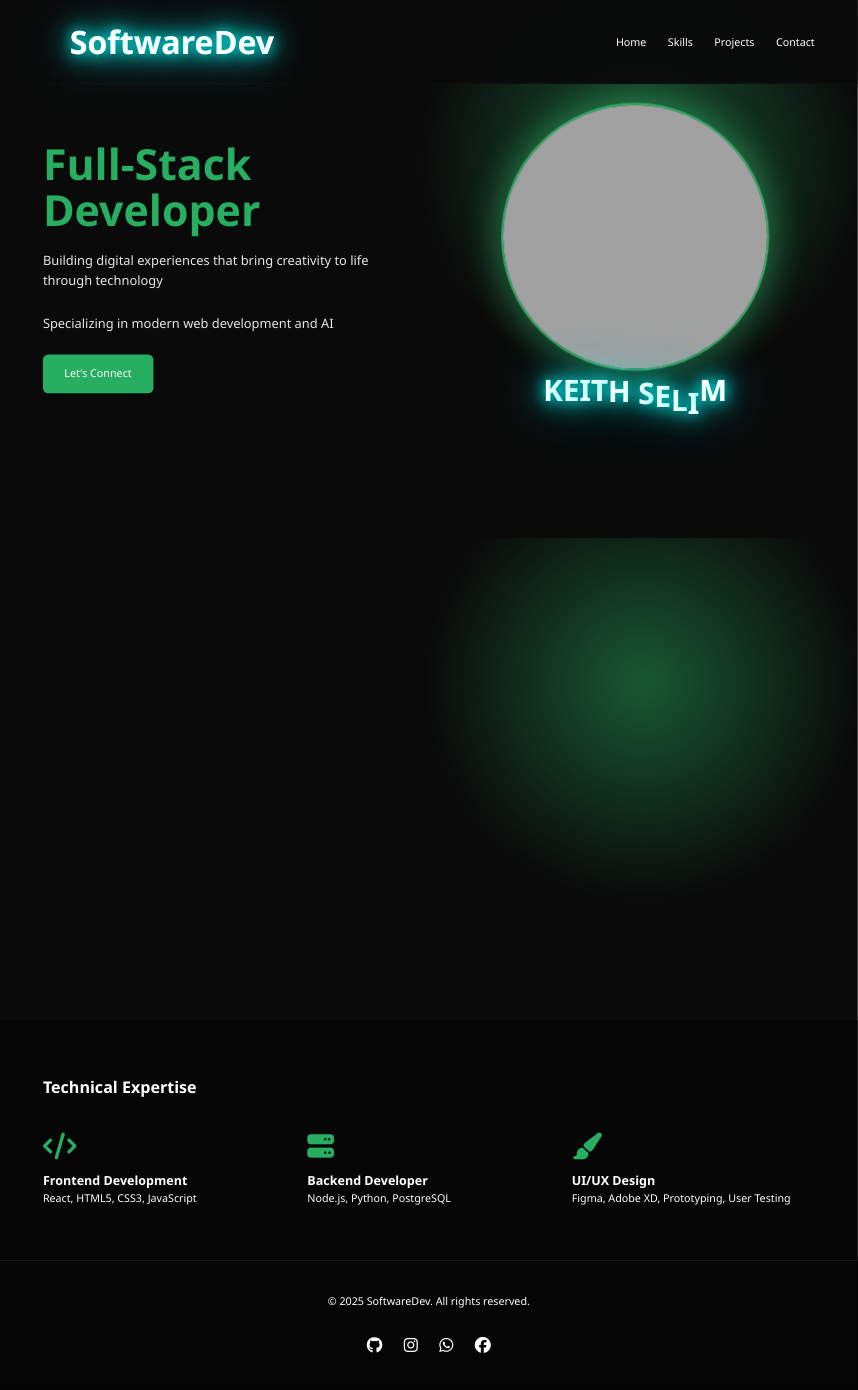
Repository: PEEZYBEE/my-react-portfolio
Page: /
These files come from the project's save history. The page is drawn as it stood at one moment and after the next save; the edit follows.
The browser window is 1280 px wide. The pictures show the whole page, at 67% of full size.
Pictures or frames that could not be fetched are drawn as grey boxes. The project was rebuilt for these pictures with package versions that can differ from the ones it lists, and the page was loaded fresh each time. Also part of the build but not shown: vite.config.js.

Above is the page before, as saved 2025-04-21 01:32:33.

### index.html
<!doctype html>
<html lang="en">
  <head>
    <meta charset="UTF-8" />
  <link rel="icon" type="image/svg+xml" href="favicon.svg" />
  <meta name="viewport" content="width=device-width, initial-scale=1.0" />
  <title>Keith Selim</title>

  <!-- ✅ Add this line below -->
  <link
    rel="stylesheet"
    href="https://cdnjs.cloudflare.com/ajax/libs/font-awesome/6.7.2/css/all.min.css"
    integrity="sha512-Evv84Mr4kqVGRNSgIGL/F/aIDqQb7xQ2vcrdIwxfjThSH8CSR7PBEakCr51Ck+w+/U6swU2Im1vVX0SVk9ABhg=="
    crossorigin="anonymous"
    referrerpolicy="no-referrer"
  />
</head>
  <body>
    <div id="root"></div>
    <script type="module" src="/src/main.jsx"></script>
  </body>
</html>

### src/index.css
:root {
  font-family: system-ui, Avenir, Helvetica, Arial, sans-serif;
  line-height: 1.5;
  font-weight: 400;

  color-scheme: light dark;
  color: rgba(255, 255, 255, 0.87);
  background-color: #242424;

  font-synthesis: none;
  text-rendering: optimizeLegibility;
  -webkit-font-smoothing: antialiased;
  -moz-osx-font-smoothing: grayscale;
}

a {
  font-weight: 500;
  color: #646cff;
  text-decoration: inherit;
}
a:hover {
  color: #535bf2;
}

body {
  margin: 0;


  min-width: 320px;
  min-height: 100vh;
}

h1 {
  font-size: 3.2em;
  line-height: 1.1;
}

button {
  border-radius: 8px;
  border: 1px solid transparent;
  padding: 0.6em 1.2em;
  font-size: 1em;
  font-weight: 500;
  font-family: inherit;
  background-color: #1a1a1a;
  cursor: pointer;
  transition: border-color 0.25s;
}
button:hover {
  border-color: #646cff;
}
button:focus,
button:focus-visible {
  outline: 4px auto -webkit-focus-ring-color;
}

@media (prefers-color-scheme: light) {
  :root {
    color: #213547;
    background-color: #ffffff;
  }
  a:hover {
    color: #747bff;
  }
  button {
    background-color: #f9f9f9;
  }
}

### src/App.jsx
import React from "react";
import Navbar from './components/Navbar';
import Hero from './components/Hero';
import NameBanner from './components/NameBanner';
import Skills from './components/Skills';
import Footer from './components/Footer';
import './style.css';


function App() {
  return (
    <>
      <Navbar />
      <Hero />
      <NameBanner />
      <Skills />
      <Footer />
    </>
  );
}

export default App;

### src/components/Navbar.jsx
import React from "react";

const Navbar = () => {
  return (
    <nav className="navbar">
      <a href="#home" className="logo">SoftwareDev</a>
      <ul className="nav-links">
        <li><a href="#home">Home</a></li>
        <li><a href="#skills">Skills</a></li>
        <li><a href="#projects">Projects</a></li>
        <li><a href="#contact">Contact</a></li>
      </ul>
    </nav>
  );
};

export default Navbar;

### src/components/Hero.jsx
import React from 'react';
import './Hero.css';

const Hero = () => {
  return (
    <section id="home" className="hero">
      <div className="hero-content">
        <h1>Full-Stack Developer</h1>
        <p>Building digital experiences that bring creativity to life through technology</p>
        <p className="highlight">Specializing in modern web development and AI</p>
        <a href="#contact" className="cta-button">Let's Connect</a>
      </div>

      <div className="hero-image-container">
        <img src="./assets/profile.jpg" alt="Profile" className="profile-img" />
        <div className="name-banner">
        <h1 className="bouncing-letters" style={{ textAlign: "center", fontSize: "30px" }}>
      <span>K</span>
      <span>E</span>
      <span>I</span>
      <span>T</span>
      <span>H</span>
      <span>&nbsp;</span>
      <span>S</span>
      <span>E</span>
      <span>L</span>
      <span>I</span>
      <span>M</span>
       </h1>
        </div>
      </div>
    </section>
  );
};

export default Hero;

### src/components/NameBanner.jsx
import React from "react";
import "./Hero.css";  // Make sure to import the CSS file

const Hero = () => {
  return (
    <section id="home" className="hero">



    </section>
  );
};

export default Hero;

### src/components/Skills.jsx
import React from "react";

const Skills = () => {
  return (
    <section id="skills" className="skills">
      <h2>Technical Expertise</h2>
      <div className="skills-grid">
        <div className="skill-card">
          <i className="fa-solid fa-code"></i>
          <h3>Frontend Development</h3>
          <p>React, HTML5, CSS3, JavaScript</p>
        </div>
        <div className="skill-card">
          <i className="fa-solid fa-server"></i>
          <h3>Backend Developer</h3>
          <p>Node.js, Python, PostgreSQL</p>
        </div>
        <div className="skill-card">
          <i className="fa-solid fa-paintbrush"></i>
          <h3>UI/UX Design</h3>
          <p>Figma, Adobe XD, Prototyping, User Testing</p>
        </div>
      </div>
    </section>
  );
};

export default Skills;

### src/components/Footer.jsx
import React from "react";

const Footer = () => {
  return (
    <footer>
      <p>&copy; 2025 SoftwareDev. All rights reserved.</p>
      <div className="social-links">
        <a href="#"><i className="fa-brands fa-github"></i></a>
        <a href="#"><i className="fa-brands fa-instagram"></i></a>
        <a href="#"><i className="fa-brands fa-whatsapp"></i></a>
        <a href="#"><i className="fa-brands fa-facebook"></i></a>
      </div>
    </footer>
  );
};

export default Footer;

### src/style.css
.bouncing-letters span {
display: inline-block;
color: white;
text-shadow: 0px 0px 0px cyan,
             0px 0px 20px cyan,
             0px 0px 40px cyan,
             0px 0px 80px cyan;
font-size: 44px;
font-weight: bold;
animation: bounce 0.8s ease infinite alternate;



}

@keyframes bounce {
    0% { transform: translateY(0) }
    100% { transform: translateY(-20px) }

}

.bouncing-letters span:nth-child(1)
{ animation-delay:  0.1s; }


.bouncing-letters span:nth-child(2)
{ animation-delay:  0.2s; }


.bouncing-letters span:nth-child(3)
{ animation-delay:  0.3s; }


.bouncing-letters span:nth-child(4)
{ animation-delay:  0.4s; }


.bouncing-letters span:nth-child(5)
{ animation-delay: 0.5s; }


.bouncing-letters span:nth-child(6)
{ animation-delay:  0.6s; }

.bouncing-letters span:nth-child(7)
{ animation-delay:  0.7s; }

.bouncing-letters span:nth-child(8)
{ animation-delay:  0.8s; }

.bouncing-letters span:nth-child(9)
{ animation-delay:  0.9s; }

.bouncing-letters span:nth-child(10)
{ animation-delay:  1.0s; }

body{
    background-color: var(--dark-bg);
    color: var(--text);
    line-height: 1.6;
    overflow-x: hidden;
}


*{
  margin: 0;
  padding: 0;
  box-sizing: border-box;
  font-family: 'Segoe UI', sans-serif;
}
:root{
  --dark-bg: #0a0a0a;
  --darker-bg: #050505;
  --accent-glow: rgba(46, 204, 113, 0.4);
  --text: #ffffff;
}

.navbar{
  position: fixed;
  top: 0;
  width: 100%;
  padding: 1.5rem 5%;
  display: flex;
  justify-content: space-between;
  align-items: center;
  background:  rgba(10, 10, 10, 0.95);
  backdrop-filter: blur(10px);
  z-index: 1000;
  border-bottom: 1px solid rgba(255, 255, 255, 0.1);
}

.logo{
  font-size: 3rem;
  font-weight: 700;
  color: white;
  text-shadow: 0px 0px 0px cyan,
               0px 0px 20px cyan,
               0px 0px 40px cyan,
               0px 0px 80px cyan;
  /*color: var(--accent-glow);*/
  text-decoration: none;
  position: relative;
  padding-left: 2.5rem;
}

.nav-links{
  display: flex;
  gap: 2rem;
  list-style: none;
}

.nav-links a {
  color: var(--text);
  text-decoration: none;
  font-weight: 500;
  transition: all 0.3s ease;
  position: relative;
}

.nav-links a::after {
  content: '';
  position: absolute;
  bottom:  -5px;
  left: 0;
  width: 0;
  height: 2px;
  background: var(--accent-glow);
  transition: width 0.3s ease;
}

.nav-links a:hover::after {
   width: 100%;
}

.hero {
  min-height: 100vh;
  display: flex;
  align-items: center;
  padding: 12% 5%;
  background: radial-gradient(circle at 75% 30%,var(--accent-glow) 0%,transparent 30%);
}

.hero-content {
    flex: 1;
    padding-right: 5rem;
}

.hero-image {
    flex: 1;
    text-align: center;
    position: relative;
}

.profile-img {
    width: 400px;
    height: 400px;
    border-radius: 50%;
    object-fit: cover;
    border: 3px solid ,#27ae60;
    box-shadow: 0 0 50px 10px var(--accent-glow);
    animation: float 3s ease-in-out infinite;
    filter: grayscale(0.2) contrast(1.1);
}

@keyframes float {
    0%, 100%{ transform: translateY(0);}
    50% { transform: translateY(-20px);}
}

.hero h1 {
    font-size: 4rem;
    margin-bottom: 1.5rem;
    color: #27ae60;
    -webkit-background-clip: text;
    /*-webkit-text-fill-color: transparent;*/
    z-index: 10;
}

.hero p {
  font-size: 1.2rem;
  margin-bottom: 2rem;
  opacity: 0.9;
  max-width: 600px;
}

.cta-button {
  display: inline-block;
  padding: 1rem 2rem;
  background:  #27ae60;
  color: white;
  border-radius: 8px;
  text-decoration: none;
  transition: all 0.3s ease;
  position: relative;
  overflow: hidden;
}

.skills {
    padding: 5rem 5%;
    background: var(--darker-bg);
}

.skills-grid {
    display: grid;
    grid-template-columns: repeat(auto-fit,minmax(250px, 1fr));
    gap: 2rem;
    margin-top: 3rem;
}


.skills-card {
    padding: 2rem;
    border-radius: 15px;
    background: rgba(255,255,255,0.05);
    transition: all 0,3s ease;
    border: 1px solid rgba(255,255,255,0.1);
    backdrop-filter: blur(5px);
}

.skill-card:hover {
    transform: translateY(-10px);
    border-color: #27ae60;
    box-shadow: 0 10px 30px var(--accent-glow);
}

.skill-card i {
    font-size: 2.5rem;
    color:  #27ae60;
    margin-bottom: 1rem;
}

footer {
    background: var(--darker-bg);
    padding: 3rem 5%;
    text-align: center;
    border-top: 1px solid rgba(255, 255, 255, 0.1);
    width: 100%; /* Ensure it takes full width */
    position: relative;
    box-sizing: border-box;

}

.social-links {
    margin-top: 2rem;
    display: flex;
    justify-content: center;
    gap: 2rem;
}

.social-links a {
    color: var(--text);
    font-size:  1.5rem;
    transition: all 0.3s ease;
}

.social-links a:hover {
    color: white;
    text-shadow: 0px 0px 0px cyan,
                 0px 0px 20px cyan,
                 0px 0px 40px cyan,
                 0px 0px 80px cyan;
    transform: translateY(-3px);
}

@media (max-width: 768px) {
    .hero {
        flex-direction: column;
        text-align: center;
        padding-top: 8rem;
    }
    .hero-content {
        padding-right: 0;
        margin-bottom: 3rem;
    }
    .profile-img {
        width: 280px;
        height: 280px;
    }
    .nav-links {
        display: none;
    }
    .logo {
        font-size: 1.5rem;
        padding-left: 2rem;
    }
}

### src/components/Hero.css
.hero {
    min-height: 100vh;
    display: flex;
    align-items: center;
    padding: 12% 5%;
    background: radial-gradient(circle at 75% 30%, var(--accent-glow) 0%, transparent 30%);
  }

  .hero-content {
    flex: 1;
    padding-right: 5rem;
  }

  .hero-image-container {
    flex: 1;
    text-align: center;
    position: relative;
  }

  .profile-img {
    width: 400px;
    height: 400px;
    border-radius: 50%;
    object-fit: cover;
    border: 3px solid #27ae60;
    box-shadow: 0 0 50px 10px var(--accent-glow);
    animation: float 3s ease-in-out infinite;
    filter: grayscale(0.2) contrast(1.1);
  }

  .name-banner {
    margin-top: 1rem;
    font-size: 2rem;
    color: white;
    font-weight: bold;
    text-shadow: 0px 0px 0px cyan, 0px 0px 20px cyan, 0px 0px 40px cyan, 0px 0px 80px cyan;
  }

  @keyframes float {
    0%, 100% {
      transform: translateY(0);
    }
    50% {
      transform: translateY(-20px);
    }
  }

  @media (max-width: 768px) {
    .hero {
      flex-direction: column;
      text-align: center;
      padding-top: 8rem;
    }
    .hero-content {
      padding-right: 0;
      margin-bottom: 3rem;
    }
    .profile-img {
      width: 280px;
      height: 280px;
    }
  }

Loaded but not shown: src/main.jsx (common file)

After the next save:
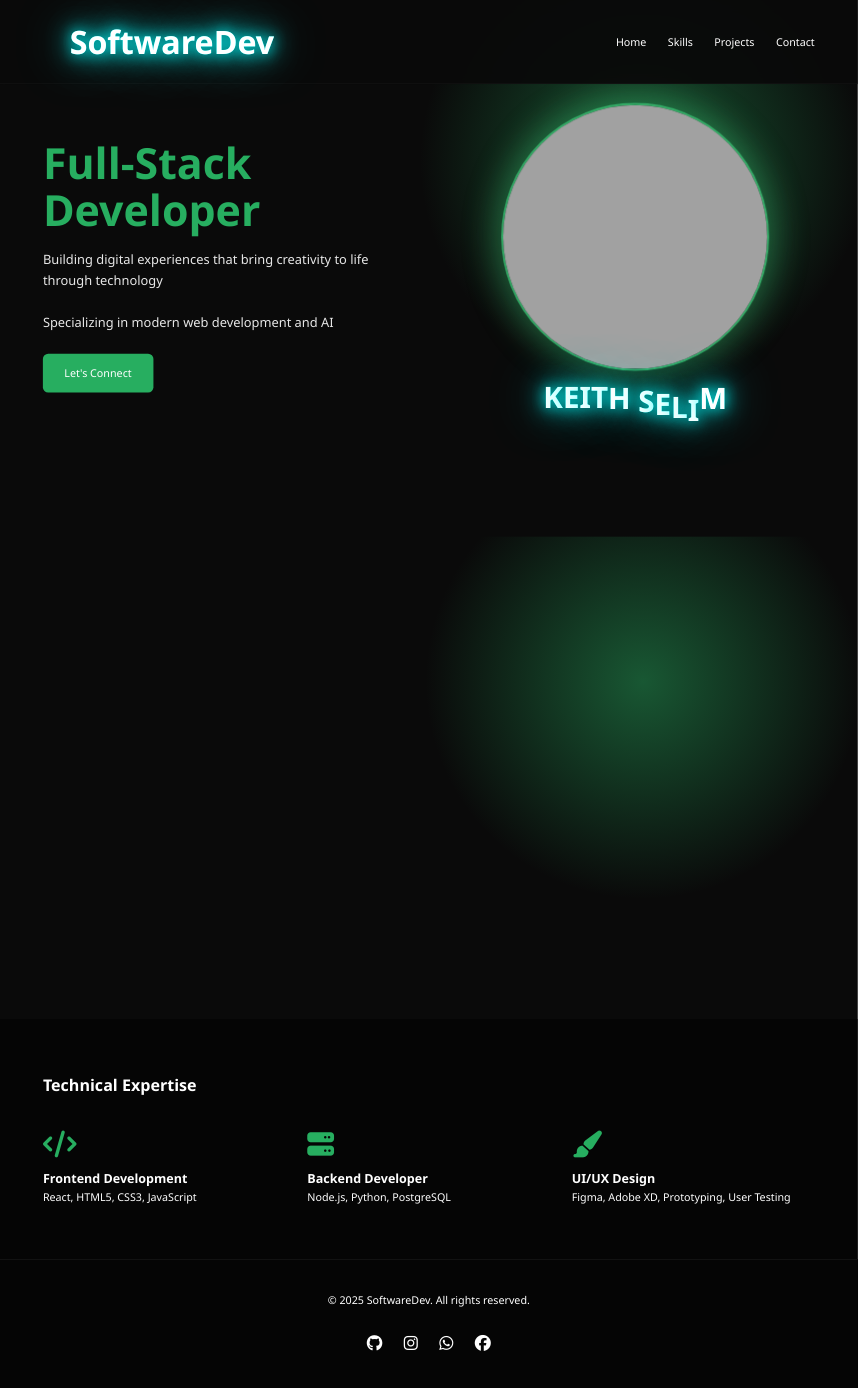
Saved 15 s later.
--- a/src/components/Hero.jsx
+++ b/src/components/Hero.jsx
@@ -14,7 +14,7 @@ const Hero = () => {
       <div className="hero-image-container">
         <img src="./assets/profile.jpg" alt="Profile" className="profile-img" />
         <div className="name-banner">
-        <h1 className="bouncing-letters" style={{ textAlign: "center", fontSize: "30px" }}>
+        <h2 className="bouncing-letters" style={{ textAlign: "center", fontSize: "30px" }}>
       <span>K</span>
       <span>E</span>
       <span>I</span>
@@ -26,7 +26,7 @@ const Hero = () => {
       <span>L</span>
       <span>I</span>
       <span>M</span>
-       </h1>
+       </h2>
         </div>
       </div>
     </section>
